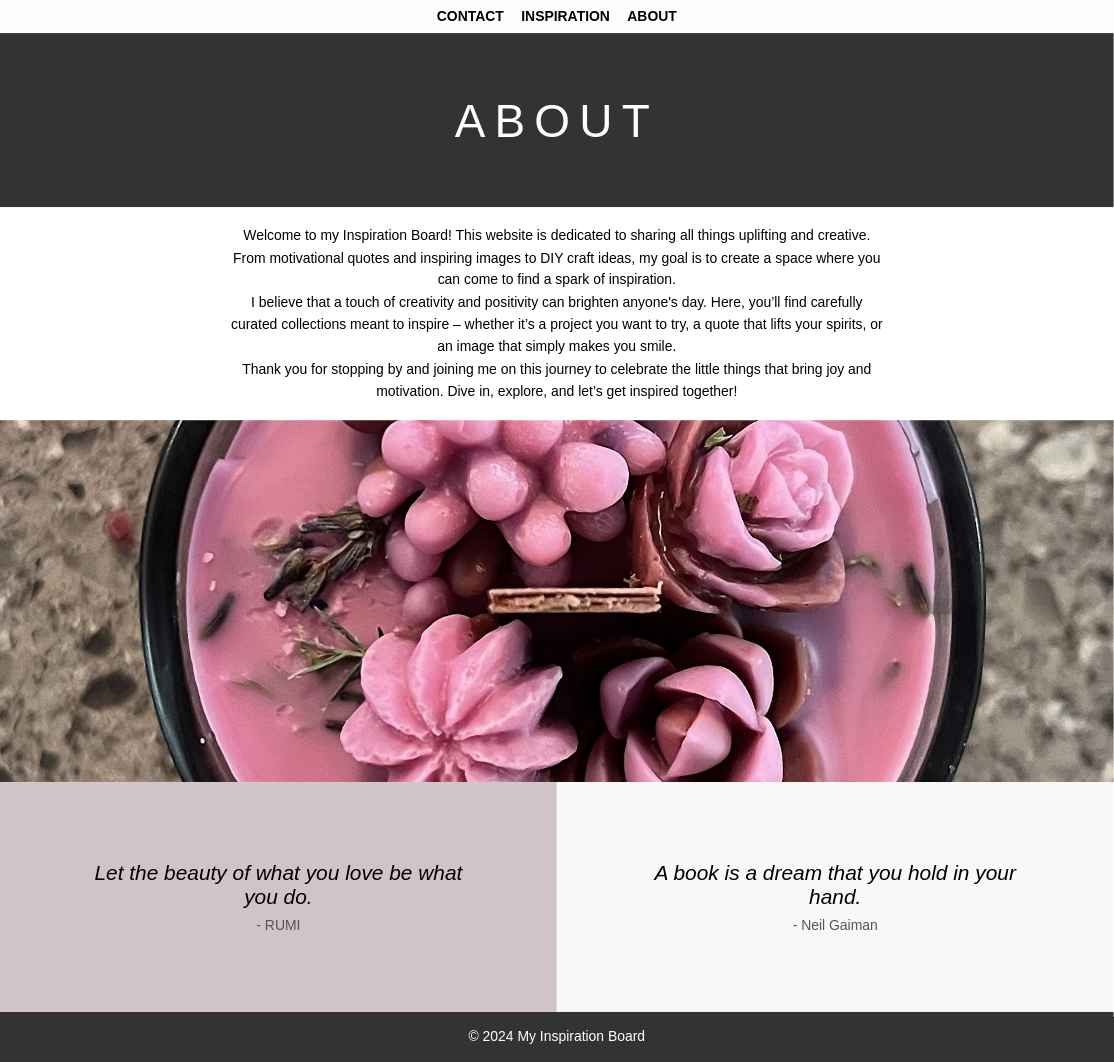
Repository: Brittany-Westlund/MART341-WebDesign
Page: WebDesignHomework/Assignment11/about.html
These files come from the project's save history. The page is drawn as it stood at one moment and after the next save; the edit follows.
The browser window is 1280 px wide. The pictures show the whole page, at 87% of full size.

Above is the page before, as saved 2024-11-03 20:05:01.

### WebDesignHomework/Assignment11/about.html
<!DOCTYPE html>
<html lang="en">
<head>
    <meta charset="UTF-8">
    <meta name="viewport" content="width=device-width, initial-scale=1.0">
    <title>My Inspiration Board</title>
    <link rel="stylesheet" href="style/style.css">
</head>
<body>

    <!-- Navigation -->
    <nav>
        <ul>
            <li><a href="contact.html">CONTACT</a></li>
            <li><a href="index.html">INSPIRATION</a></li>
            <li><a href="about.html">ABOUT</a></li>
        </ul>
    </nav>


    <div class="banner">ABOUT</div>

    <div class="about-section">
        <p>Welcome to my Inspiration Board! This website is dedicated to sharing all things uplifting and creative. From motivational quotes and inspiring images to DIY craft ideas, my goal is to create a space where you can come to find a spark of inspiration.</p>

        <p>I believe that a touch of creativity and positivity can brighten anyone's day. Here, you’ll find carefully curated collections meant to inspire – whether it’s a project you want to try, a quote that lifts your spirits, or an image that simply makes you smile.</p>

        <p>Thank you for stopping by and joining me on this journey to celebrate the little things that bring joy and motivation. Dive in, explore, and let’s get inspired together!</p>
    </div>

    <!-- Full-width image section -->
    <div>
        <img class="banner-image" src="images/succulent_candle_topview_banner.jpg">
    </div>

    <div class="two-column-block">
        <div class="left-section">
            <blockquote>Let the beauty of what you love be what you do.</blockquote>
            <p id="quote-author">- RUMI</p>
        </div>
        <div class="right-section">
            <blockquote>A book is a dream that you hold in your hand.</blockquote>
            <p id="quote-author">- Neil Gaiman</p>
        </div>
    </div>

    <!--
    Full-width video section if needed
    <div>
        <video class="full-width-video" autoplay muted loop>
            <source src="" type="video/mp4">
            Your browser does not support the video tag.
        </video>
    </div>

     Full-width image section if needed
    <div>
        <img class="banner-image" src="">
    </div>
    -->

    <!-- Footer -->
    <footer>
        &copy; 2024 My Inspiration Board
    </footer>
</body>
</html>

### WebDesignHomework/Assignment11/style/style.css
/* Reset default styles */
* {
    margin: 0;
    padding: 0;
    box-sizing: border-box;
}

body {
    font-family: Arial, sans-serif;
}

/* Navigation styling */
nav {
    background-color: #fefefe;
    padding: 10px;
    text-align: center;
}

nav ul {
    list-style-type: none;
    display: flex;
    justify-content: center;
    gap: 20px;
}

nav ul li a {
    color: #000;
    text-decoration: none;
    font-weight: bold;
}

/* Dark gray banner styling */
.banner {
    height: 200px;
    background-color: #333;
    color: white;
    display: flex;
    align-items: center;
    justify-content: center;
    font-size: 3.3em;
    text-align: center;
    letter-spacing: 0.2em;
}

/* Banner image styling */
.banner-image {
    width: 100%;
    height: auto;
    display: block;
}

/* Two-column block styling */
.two-column-block {
    display: flex;
}

.two-column-block div {
    flex: 1;
    padding: 90px;
    text-align: center;
}

.left-section {
    background-color: #d1c4c9;
}

.right-section {
    background-color: #f8f8f8;
}

.about-section {
    max-width: 800px; /* Limits the width for readability */
    margin: 0 auto; /* Centers the section horizontally */
    padding: 20px; /* Adds space inside the section */
    text-align: center; /* Centers the text */
    line-height: 1.6; /* Improves readability */
}

/* Styling for blockquote and author */
blockquote {
    font-size: 1.5em;
    font-style: italic;
    margin-bottom: 10px;
}

#quote-author {
    font-size: 1em;
    color: #555;
    margin-top: 5px;
}

/* Full-width video styling */
.full-width-video {
    width: 100%;
    height: 300px;
    object-fit: cover;
    display: block;
}

/* Footer styling */
footer {
    background-color: #333;
    color: white;
    text-align: center;
    padding: 20px;
}

After the next save:
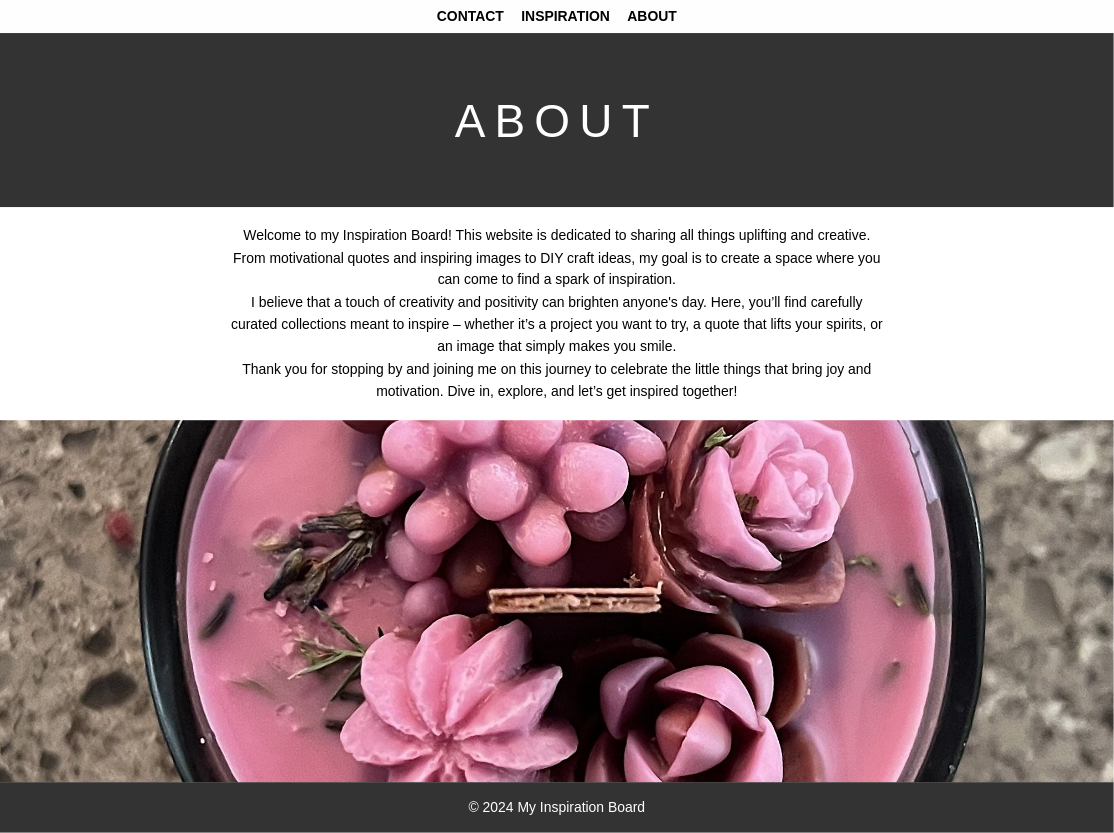
Saved 56 s later.
--- a/WebDesignHomework/Assignment11/about.html
+++ b/WebDesignHomework/Assignment11/about.html
@@ -33,17 +33,6 @@
         <img class="banner-image" src="images/succulent_candle_topview_banner.jpg">
     </div>
 
-    <div class="two-column-block">
-        <div class="left-section">
-            <blockquote>Let the beauty of what you love be what you do.</blockquote>
-            <p id="quote-author">- RUMI</p>
-        </div>
-        <div class="right-section">
-            <blockquote>A book is a dream that you hold in your hand.</blockquote>
-            <p id="quote-author">- Neil Gaiman</p>
-        </div>
-    </div>
-
     <!--
     Full-width video section if needed
     <div>
